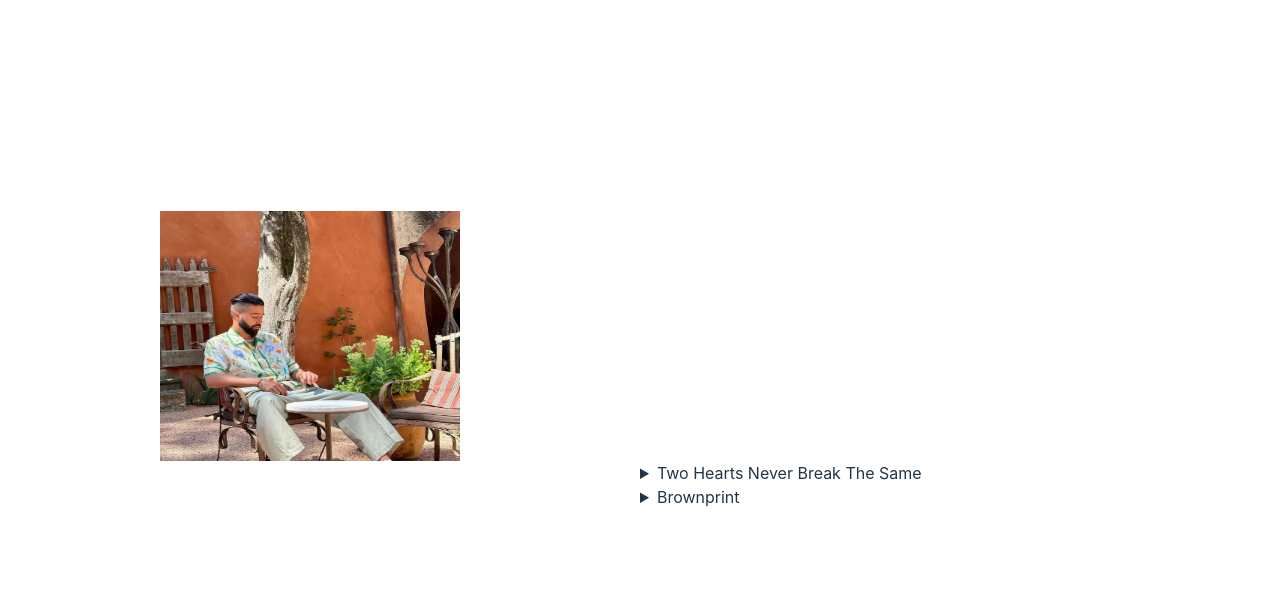
Repository: GavinPahal/my_app
Page: / (app in react/)
The author's editor kept a copy of each file at every save. The page is drawn from the files as they stood at one save, then again after the next save.
The browser window is 1280 px wide. The pictures show the whole page.
The project was rebuilt for these pictures with package versions that can differ from the ones it lists, and the page was loaded fresh each time. Also part of the build but not shown: react/vite.config.js.

Above is the page before, as saved 2024-09-14 11:24:33.

### react/src/App.jsx
import { useState } from 'react'
import ap from '/Untitled-34.jpg'
import './App.css'

function App() {

  return (
    <>
    <div className='image'>
    <img src={ap} alt="Vite logo" width={300} height={250}/>
    </div>
   <div className='album'>
      <details name="reqs">
  <summary>Two Hearts Never Break The Same</summary>
  <ol>
    <li>All Night(Live)</li>
    <li>Hills</li>
    <li>SummerHigh</li>
    <li>Wo Noor</li>
    <li>Dil Nu</li>
  </ol>
</details>
<details name="reqs">
  <summary>Brownprint</summary>
  <ol>
    <li>Brownprint</li>
    <li>315</li>
    <li>Old Money</li>
    <li>Losing Myself</li>
    <li>Distance</li>
    <li>After Midnight</li>
    <li>Bora Bora</li>
    <li>Sweet Flower</li>
    <li>To Be Contuined</li>
  </ol>
</details>
</div>
    </>
  )
}

export default App

### react/src/App.css
.image{
  display: flex;
  padding-top: 10rem;
  padding-left: 10rem;
}


.album{
display: flex;
flex-direction: column;
justify-content:center;
padding-left: 40rem;
padding-bottom: 10rem;
padding-right: 20rem;
}

Loaded but not shown: react/index.html (common file); react/src/main.jsx (common file); react/src/index.css (common file)

After the next save:
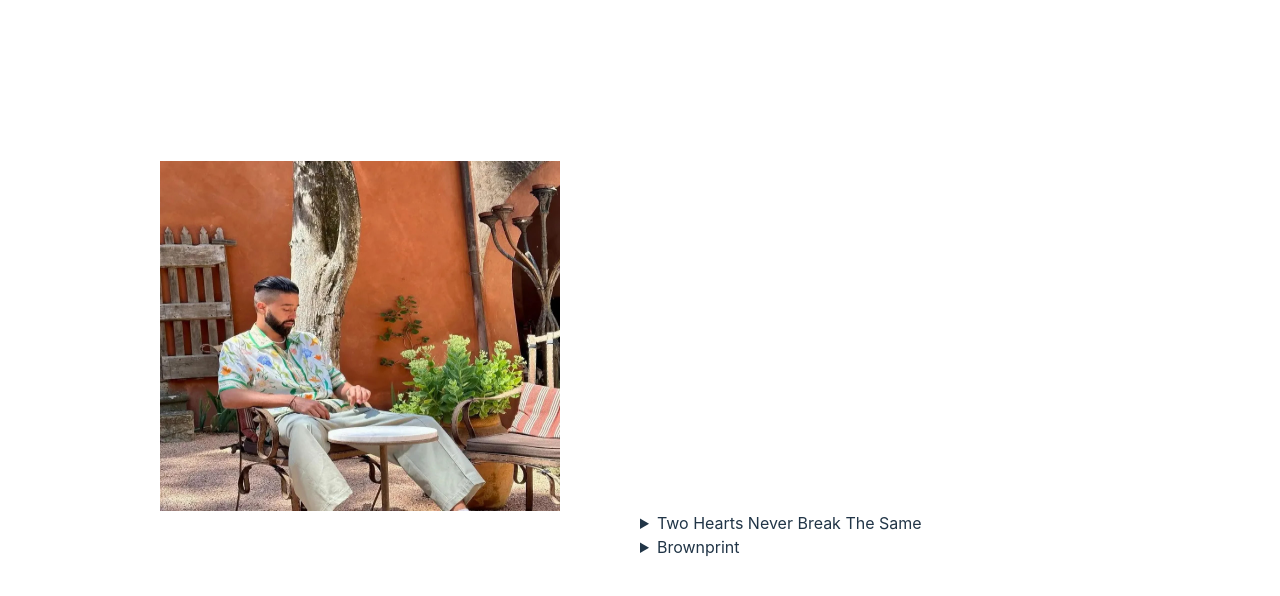
Saved 2 min 10 s later.
--- a/react/src/App.jsx
+++ b/react/src/App.jsx
@@ -3,11 +3,10 @@
 import './App.css'
 
 function App() {
-
   return (
     <>
     <div className='image'>
-    <img src={ap} alt="Vite logo" width={300} height={250}/>
+    <img src={ap} alt="Vite logo" width={400} height={350}/>
     </div>
    <div className='album'>
       <details name="reqs">
